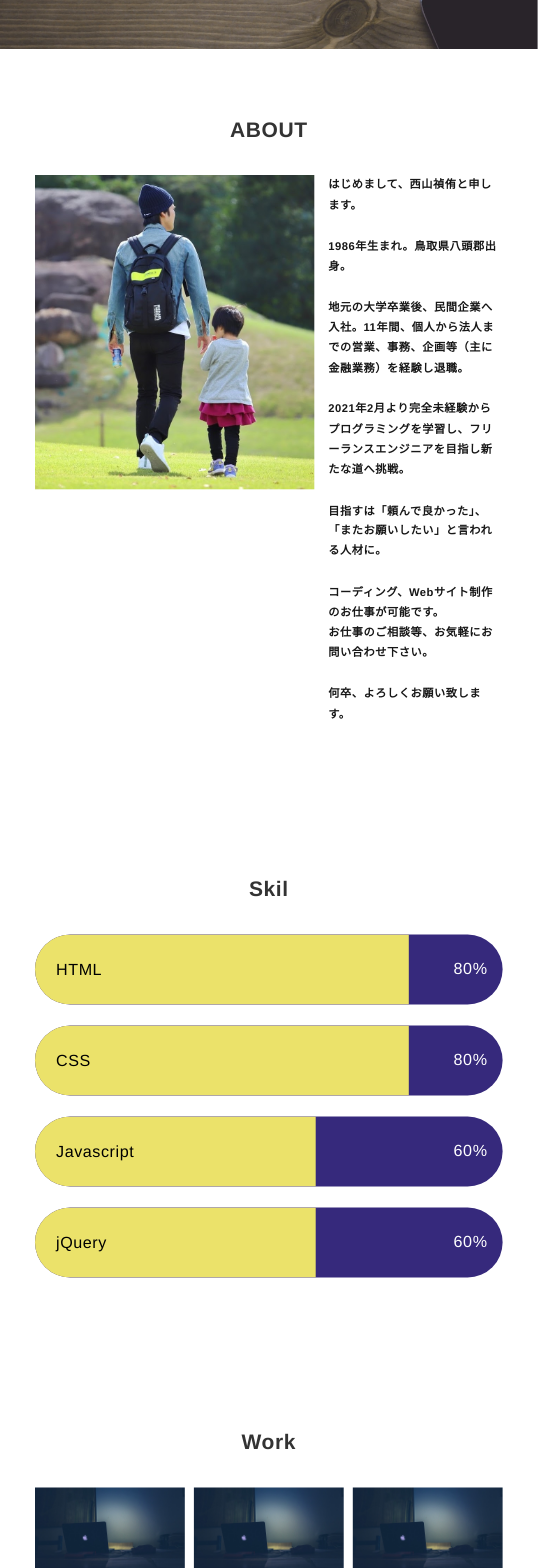
Repository: sadayuki15/portfolio
Page: index.html
The author's editor kept a copy of each file at every save. The page is drawn from the files as they stood at one save, then again after a run of saves.
The browser window is 768 px wide. The pictures show the part of the page from y = 730 to 2970 px (the page is 4043 px tall before and 3892 px after), at 70% of full size.

Above is the page before, as saved 2021-04-26 01:54:31.

After the next 7 saves:
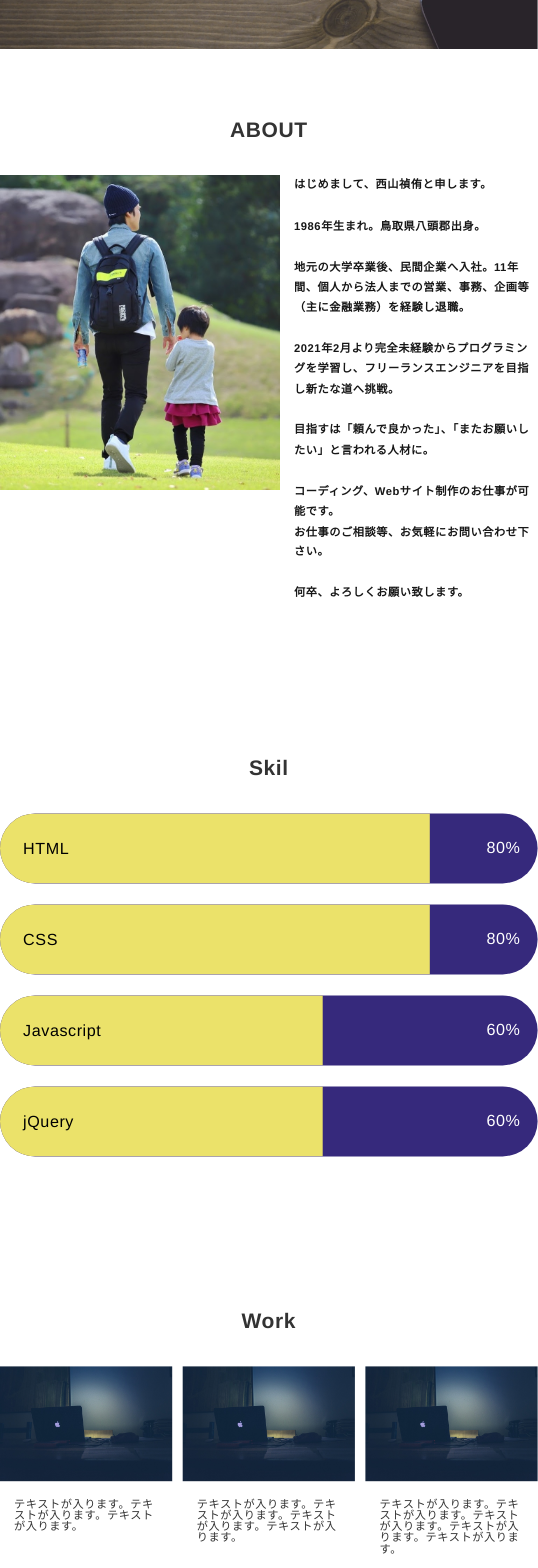
The 7 saves are shown as one change because they came seconds apart.
The last was saved 23 s later.
--- a/css/style.css
+++ b/css/style.css
@@ -319,7 +319,9 @@ button {
   .section-title:after {
     width: 90px;
   }
-
+  .section-inner {
+    padding: 0 ;
+  }
 
   /*-------- header -------*/
   .header-nav {
